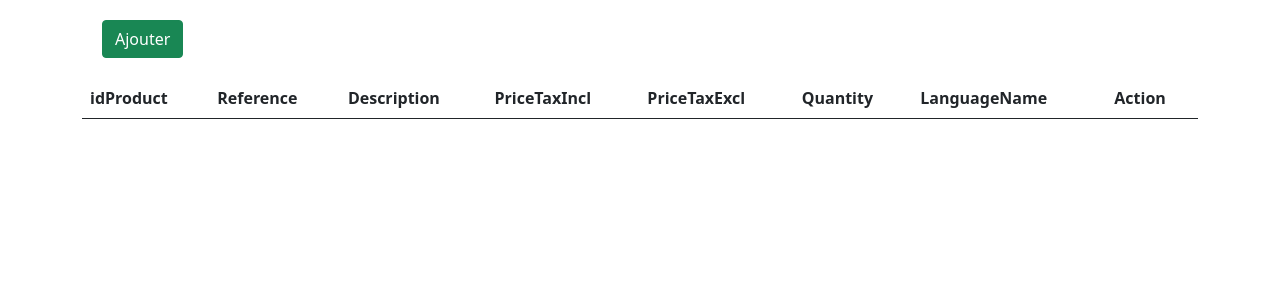
Repository: ahamie71/CrUDPOO
Page: http://localhost/index.php?action=AfficheCrud
These files come from the project's save history. The page is drawn as it stood at one moment and after a run of saves; the edit follows.
The browser window is 1280 px wide. The pictures show the whole page.
The page is run by PHP 8.4 with error messages shown; the project is at /var/www/html/. Queries for data that is not in the repository find no rows.

Above is the page before, as saved 2023-07-25 14:44:54.

### public/index.php
<?php


require_once(dirname(__DIR__) . '/Autoloader.php');

use CrudPOO\Controllers\HomeController;
use CrudPOO\Controllers\ProductController;


if (isset($_GET['action'])) {

    $action = $_GET['action'];

    switch ($action) {

        case 'Home';
            $controller = new HomeController();
            $controller->Home();
            break;

         case'AfficheCrud';
         $controller = new ProductController();
         $controller->DisplayProducts();
         break;
         case'createProduct';
         $controller = new ProductController();
         $controller->addProduct();
         break;


    }


} else {
    $home = new HomeController();
    $home->Home();
}
;

### Autoloader.php
<?php


spl_autoload_register(function ($className) {

    $className = str_replace("CrudPOO\\", '', $className);
    $className = str_replace("\\", '/', $className);
    require_once(__DIR__ . "/src/$className.php");

});

### src/Controllers/ProductController.php
<?php

namespace  CrudPOO\Controllers;

use CrudPOO\Entity\Language;
use CrudPOO\Entity\Product;
use CrudPOO\Model\ProductRepository;
use CrudPOO\Model\LanguageRepository;


Class ProductController extends AbstractController
{



    public function DisplayProducts()
    {


      $productRepository = new ProductRepository;
      $products = $productRepository->getProducts();
      $this->render($products);

    }

   public  function addProduct()
{


    if (
        empty($_POST['reference']) ||
        empty($_POST['description']) ||
        empty($_POST['priceTaxIncl']) ||
        empty($_POST['priceTaxExcl']) ||
        empty($_POST['quantity'])
    ) {
        $error = 'Please fill in all the required fields.';
    } else {

        $reference = $_POST['reference'];
        $description = $_POST['description'];
        $priceTaxIncl = $_POST['priceTaxIncl'];
        $priceTaxExcl = $_POST['priceTaxExcl'];
        $quantity = $_POST['quantity'];
        $idLang = $_POST['cat'];


        $produit = new Product();
        $productRepository = new ProductRepository;

        $produit = $productRepository->createProduct($reference, $description, $priceTaxIncl, $priceTaxExcl, $idLang, $quantity);

        if ($produit) {
            header('location:index.php?action=AfficheCrud');
            exit();
        } else {

            $error = 'Failed to create product.';
        }
    }

    require_once(dirname(__FILE__, 2) . '/View/AddProduct.php');
}




}

### src/Controllers/AbstractController.php
<?php

namespace CrudPOO\Controllers;

abstract class AbstractController
{
    public function render($products)
    {
        require_once(dirname(__FILE__,2) . '/View/CrudPage.php');

    }

}

### src/Model/ProductRepository.php
<?php
namespace CrudPOO\Model;


use PDO;
use CrudPOO\Entity\Database;

class ProductRepository
{
    public function getProducts()
    {
        $bdd = new Database();
        $req =" SELECT products.idLang, products.idProduct , products.reference, products.description,products.priceTaxIncl,products.priceTaxExcl,products.quantity,languages.LanguageName FROM products
        LEFT JOIN languages ON products.idLang = languages.idLang";
        $stmt = $bdd->getPDO()->prepare($req);
        $stmt->setFetchMode(PDO::FETCH_CLASS, 'CrudPOO\Entity\Product');
        $stmt->execute();
        $products = $stmt->fetchAll();
        return $products;
    }



//     public function getPostById($id)
//     {
//         $bdd = new Database();
//         $req = "SELECT Post.user_id, Post.id , Post.image, Post.created_at,Post.title,Post.content,User.username FROM Post
//         LEFT JOIN User ON Post.user_id = user.id
//          WHERE Post.id =  $id";
//         $stmt = $bdd->getPDO()->prepare($req);
//         $stmt->setFetchMode(PDO::FETCH_CLASS, 'Foot\Entity\Post');
//         $stmt->execute();
//         $post = $stmt->fetch();
//         return $post;
//     }

function createProduct($reference, $description, $priceTaxIncl, $priceTaxExcl, $idLang, $quantity)
{

    $bdd = $bdd = new Database();


    $query = $bdd->getPDO()->prepare("INSERT INTO products (reference, description, priceTaxIncl, priceTaxExcl, idLang, quantity) VALUES (?, ?, ?, ?, ?, ?)");


    $query->execute([
        $reference,
        $description,
        $priceTaxIncl,
        $priceTaxExcl,
        $idLang,
        $quantity
    ]);


    if ($query->rowCount() > 0) {
        return true;
    } else {
        return false;
    }
}
}

//     public function RemovePost($id)
//     {
//         $bdd = new Database();
//         $sql = "DELETE FROM Post WHERE id= $id";
//         $delet = $bdd->getPDO()->prepare($sql);
//         $delet->execute();
//     }

//     public function editPost($content, $id, $title)
//     {
//         $bdd = new Database();
//         $update = $bdd->getPDO()->prepare("UPDATE  Post SET content=:content , title=:title WHERE id = $id");
//         $update->execute(
//             array(
//                 ':content' => $content,
//                 ':title' => $title
//             )
//         );
//     }
// }

### src/Entity/database.php
<?php

namespace  CrudPOO\Entity;

use PDO;
class Database
{
  private $host = "localhost";
  private $db_name = "CrudProduit";
  private $username = "ronaldo";
  private $password = "123";
  private $pdo;

  public function __construct($db_name = 'CrudProduit', $username = 'ronaldo', $password = '123', $host = 'localhost')
  {
    $this->$db_name = $db_name;
    $this->$username = $username;
    $this->$password = $password;
    $this->$host = $host;
  }

  public function getPDO()
  {
    if ($this->pdo == null) {
      $pdo = new PDO('mysql:dbname=CrudProduit;host=localhost', 'ronaldo', '123');
      $pdo->setAttribute(PDO::ATTR_ERRMODE, PDO::ERRMODE_EXCEPTION);
      $this->pdo = $pdo;
    }

    return $this->pdo;
  }

  public function query($statement)
  {
    $req = $this->getPDO()->query($statement);
    $datas = $req->fetchAll(PDO::FETCH_OBJ);
    return $datas;
  }
}

### src/Entity/Product.php
<?php

namespace  CrudPOO\Entity;


use CrudPOO\Entity\Language;

Class Product

{
    private $idProduct;
    private $reference;
    private $description;
    private $priceTaxIncl;
    private $priceTaxExcl;
    private $quantity ;
    private int $idLang;

    private $LanguageName;
    /**
     * Get the value of idProduct
     */
    public function getIdProduct()
    {
        return $this->idProduct;
    }

    /**
     * Set the value of idProduct
     */
    public function setIdProduct($idProduct): self
    {
        $this->idProduct = $idProduct;

        return $this;
    }

    /**
     * Get the value of reference
     */
    public function getReference()
    {
        return $this->reference;
    }

    /**
     * Set the value of reference
     */
    public function setReference($reference): self
    {
        $this->reference = $reference;

        return $this;
    }

    /**
     * Get the value of description
     */
    public function getDescription()
    {
        return $this->description;
    }

    /**
     * Set the value of description
     */
    public function setDescription($description): self
    {
        $this->description = $description;

        return $this;
    }

    /**
     * Get the value of priceTaxIncl
     */
    public function getPriceTaxIncl()
    {
        return $this->priceTaxIncl;
    }

    /**
     * Set the value of priceTaxIncl
     */
    public function setPriceTaxIncl($priceTaxIncl): self
    {
        $this->priceTaxIncl = $priceTaxIncl;

        return $this;
    }

    /**
     * Get the value of priceTaxExcl
     */
    public function getPriceTaxExcl()
    {
        return $this->priceTaxExcl;
    }

    /**
     * Set the value of priceTaxExcl
     */
    public function setPriceTaxExcl($priceTaxExcl): self
    {
        $this->priceTaxExcl = $priceTaxExcl;

        return $this;
    }

    /**
     * Get the value of quantity
     */
    public function getQuantity()
    {
        return $this->quantity;
    }

    /**
     * Set the value of quantity
     */
    public function setQuantity($quantity): self
    {
        $this->quantity = $quantity;

        return $this;
    }

    /**
     * Get the value of idLang
     */
    public function getIdLang(): int
    {
        return $this->idLang;
    }

    /**
     * Set the value of idLang
     */
    public function setIdLang(int $idLang): self
    {
        $this->idLang = $idLang;

        return $this;
    }

/**
  * Get the value of LanguageName
  */
  public function getLanguageName()
  {
   return $this->LanguageName;
  }

  /**
   * Set the value of LanguageName
   */
  public function setLanguageName($LanguageName): self
  {
   $this->LanguageName = $LanguageName;

   return $this;
  }
}

### src/View/CrudPage.php
<!DOCTYPE html>
<html lang="en">
<head>
    <meta charset="UTF-8">
    <meta http-equiv="X-UA-Compatible" content="IE=edge">
    <meta name="viewport" content="width=device-width, initial-scale=1.0">
    <link href="https://cdn.jsdelivr.net/npm/bootstrap@5.0.2/dist/css/bootstrap.min.css" rel="stylesheet" integrity="sha384-EVSTQN3/azprG1Anm3QDgpJLIm9Nao0Yz1ztcQTwFspd3yD65VohhpuuCOmLASjC" crossorigin="anonymous">
    <link rel="stylesheet" href="https://cdnjs.cloudflare.com/ajax/libs/font-awesome/5.15.3/css/all.min.css">
    <title>Document</title>
</head>
<body>
    <div class ="container">

    <a href="index.php?action=createProduct" class="btn btn-success"style="margin:20px">Ajouter</a>
<table class="table">
  <thead>
    <tr>
      <th scope="col">idProduct</th>
      <th scope="col">Reference</th>
      <th scope="col">Description</th>
      <th scope="col">PriceTaxIncl</th>
      <th scope="col">PriceTaxExcl</th>
      <th scope="col">Quantity</th>
      <th scope="col">LanguageName</th>

      <th>Action</th>
    </tr>
  </thead>
    <tbody>
        <?php
        foreach($products as $produit){
            ?>
            <tr>
                <td><?= $produit->getIdProduct() ?></td>
                <td><?= $produit->getReference() ?></td>
                <td><?= $produit->getDescription() ?></td>
                <td><?= $produit->getPriceTaxIncl() ?></td>
                <td><?= $produit->getPriceTaxExcl() ?></td>
                <td><?= $produit->getQuantity()?></td>
                <td><?= $produit->getLanguageName()?></td>

                <td>
                <a href="" class="m-2">

							<i class="fa fa-edit fa-2x"></i>
						</a>
                        <a href= ""class="m-2">
                        <i class="fa fa-trash fa-2x red-icon"></i>
						</a>


                </td>
            </tr>
            <?php
        }
        ?>

    </tbody>
</table>

After the next 7 saves:
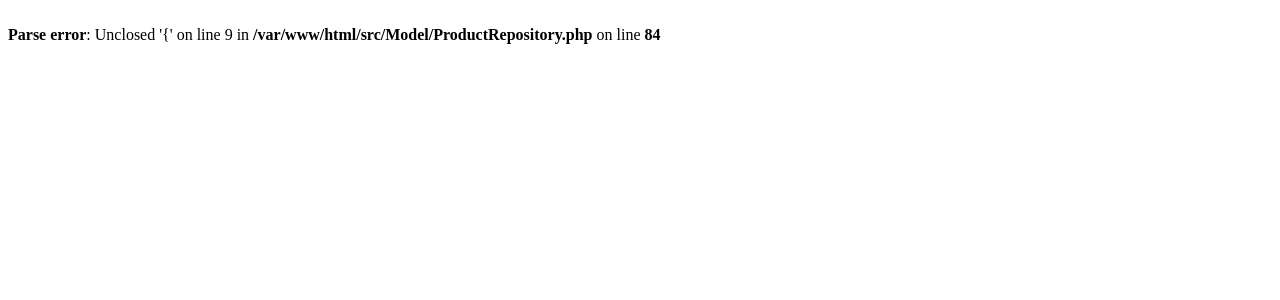
The 7 saves are shown as one change because they came seconds apart.
The last was saved 2 min 29 s later.
--- a/src/Model/ProductRepository.php
+++ b/src/Model/ProductRepository.php
@@ -21,13 +21,13 @@
 
 
 
-//     public function getPostById($id)
-//     {
-//         $bdd = new Database();
-//         $req = "SELECT Post.user_id, Post.id , Post.image, Post.created_at,Post.title,Post.content,User.username FROM Post
-//         LEFT JOIN User ON Post.user_id = user.id
-//          WHERE Post.id =  $id";
-//         $stmt = $bdd->getPDO()->prepare($req);
+    public function getPostById($id)
+    {
+        $bdd = new Database();
+          $req =" SELECT products.idLang, products.idProduct , products.reference, products.description,products.priceTaxIncl,products.priceTaxExcl,products.quantity,languages.LanguageName FROM products
+    LEFT JOIN languages ON products.idLang = languages.idLang;
+    WHERE products.idProduct =  $idProduct";
+            $stmt = $bdd->getPDO()->prepare($req);
 //         $stmt->setFetchMode(PDO::FETCH_CLASS, 'Foot\Entity\Post');
 //         $stmt->execute();
 //         $post = $stmt->fetch();

After the save that followed:
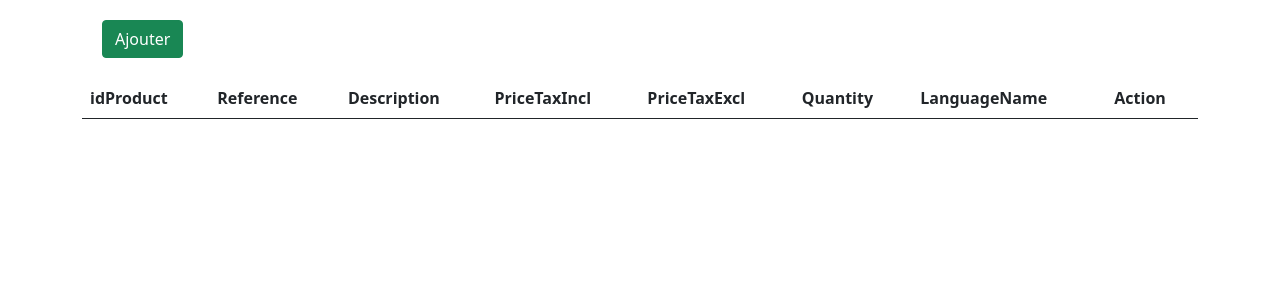
Saved 6 s later.
--- a/src/Model/ProductRepository.php
+++ b/src/Model/ProductRepository.php
@@ -28,11 +28,11 @@
     LEFT JOIN languages ON products.idLang = languages.idLang;
     WHERE products.idProduct =  $idProduct";
             $stmt = $bdd->getPDO()->prepare($req);
-//         $stmt->setFetchMode(PDO::FETCH_CLASS, 'Foot\Entity\Post');
-//         $stmt->execute();
-//         $post = $stmt->fetch();
-//         return $post;
-//     }
+        $stmt->setFetchMode(PDO::FETCH_CLASS, 'Foot\Entity\Post');
+        $stmt->execute();
+        $post = $stmt->fetch();
+        return $post;
+    }
 
 function createProduct($reference, $description, $priceTaxIncl, $priceTaxExcl, $idLang, $quantity)
 {
